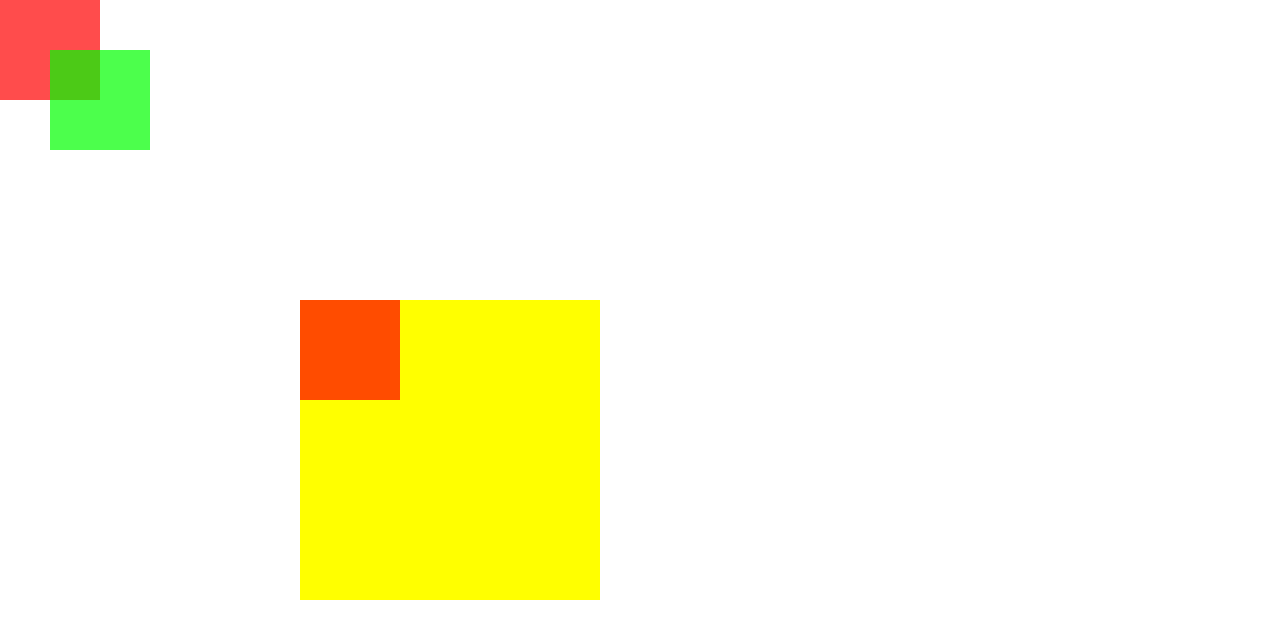
Repository: luna2222/web
Page: 01HTML5/WebContent/[11강]CSS3속성3/11_02_01.html
These files come from the project's save history. The page is drawn as it stood at one moment and after the next save; the edit follows.
The browser window is 1280 px wide. The pictures show the whole page.

Above is the page before, as saved 2019-02-20 06:59:32.

### 01HTML5/WebContent/[11강]CSS3속성3/11_02_01.html
<!DOCTYPE html>
<html>
<head>
<meta charset="UTF-8">
<title>Position 1</title>
	<style >
	div{
	 	width: 100px;
	 	height: 100px;
	 	opacity: 0.7;
	 	}
	 div:nth-child(1) {
	 	background-color: #ff0000;
	 	position: absolute;
	 	top: 0;
	 	left: 0;
		}
	div:nth-child(2) {
		background-color: #00ff00;
		position: absolute;
		top: 50px;
		left: 50px;
        }
       div:nth-child() {
			background-color: #0000ff;
			position: absolute;
			top: 100px;
			left: 100px
			}
		#wrap{
			width: 300px;
			height: 300px;
			position: absolute;
			top: 300px;
			left: 300px;
			background-color: yellow;
			opacity: 1.0;
			}
		#wrap.content{
			width: 100px;
			height: 100px;
			position: absolute;
			top: 100;
			left: 100px;
			background-color: red;
			opacity: 1.0;
			}
	</style>
</head>
<body>
	<div></div>
	<div></div>
	<div></div>

	<div id="wrap">
	<div class="content"></div>
	</div>
</body>
</html>

After the next save:
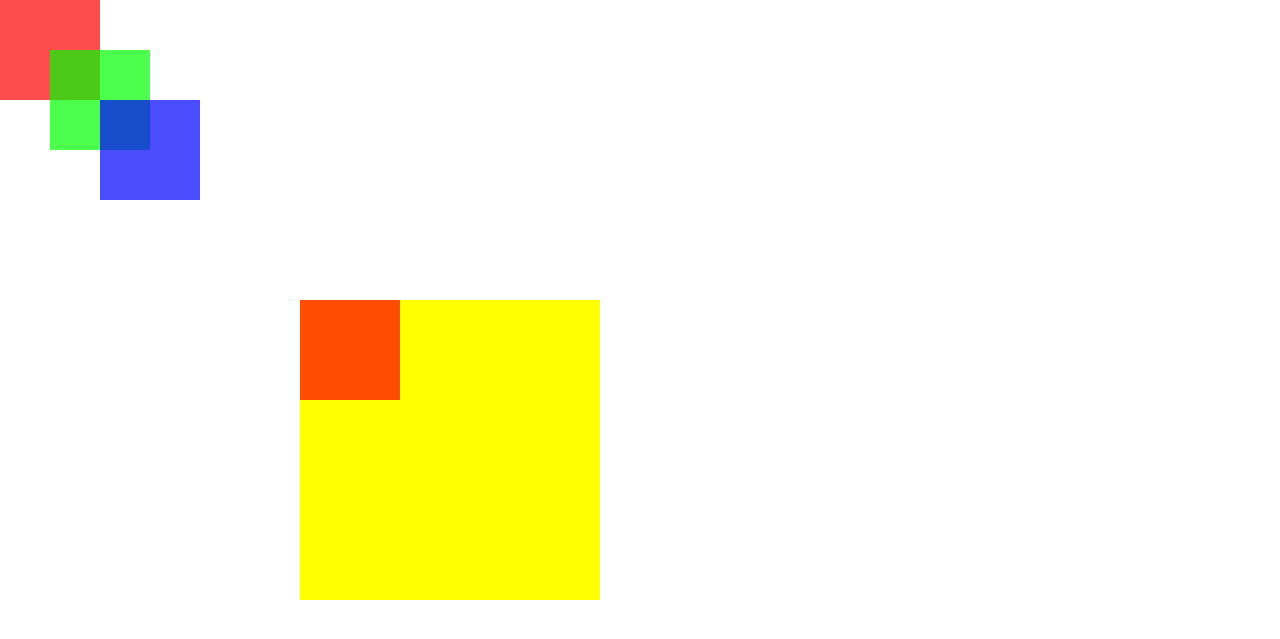
Saved 56 s later.
--- a/01HTML5/WebContent/[11강]CSS3속성3/11_02_01.html
+++ b/01HTML5/WebContent/[11강]CSS3속성3/11_02_01.html
@@ -21,7 +21,7 @@
 		top: 50px;
 		left: 50px;
         }
-       div:nth-child() {
+       div:nth-child(3){
 			background-color: #0000ff;
 			position: absolute;
 			top: 100px;
